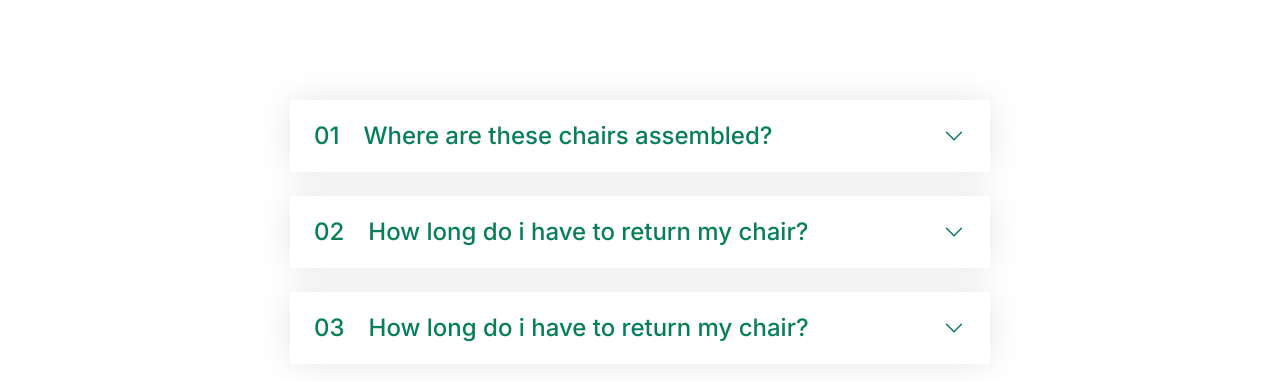
Repository: sunny070/CSS
Page: HTML and CSS some of the important components/index.html
The author's editor kept a copy of each file at every save. The page is drawn from the files as they stood at one save, then again after the next save.
The browser window is 1280 px wide. The pictures show the whole page.

Above is the page before, as saved 2023-11-13 15:32:43.

After the next save:
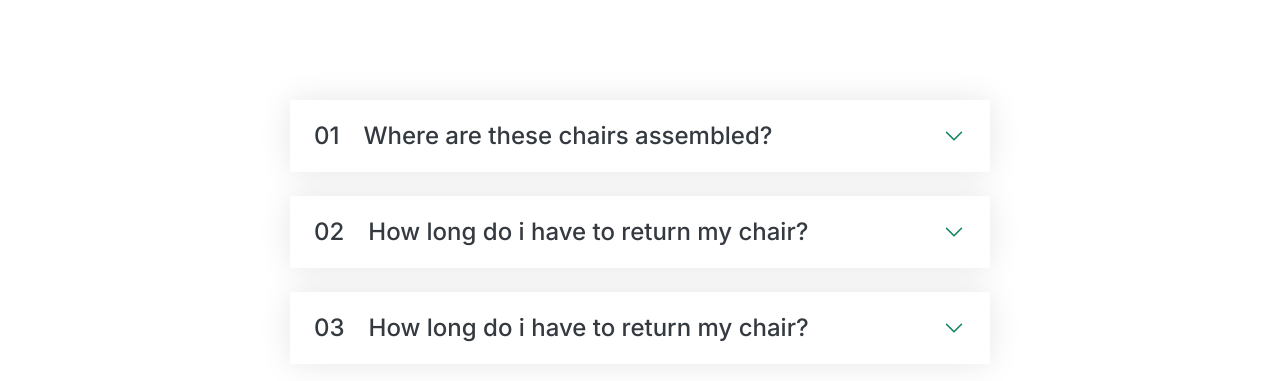
Saved 7 s later.
--- a/HTML and CSS some of the important components/index.html
+++ b/HTML and CSS some of the important components/index.html
@@ -57,7 +57,7 @@
       .number ,.text{
         font-size: 24px;
         font-weight: 500;
-        color:#087f5b;
+        <!-- color:#087f5b; -->
       }
 
       .icon{
